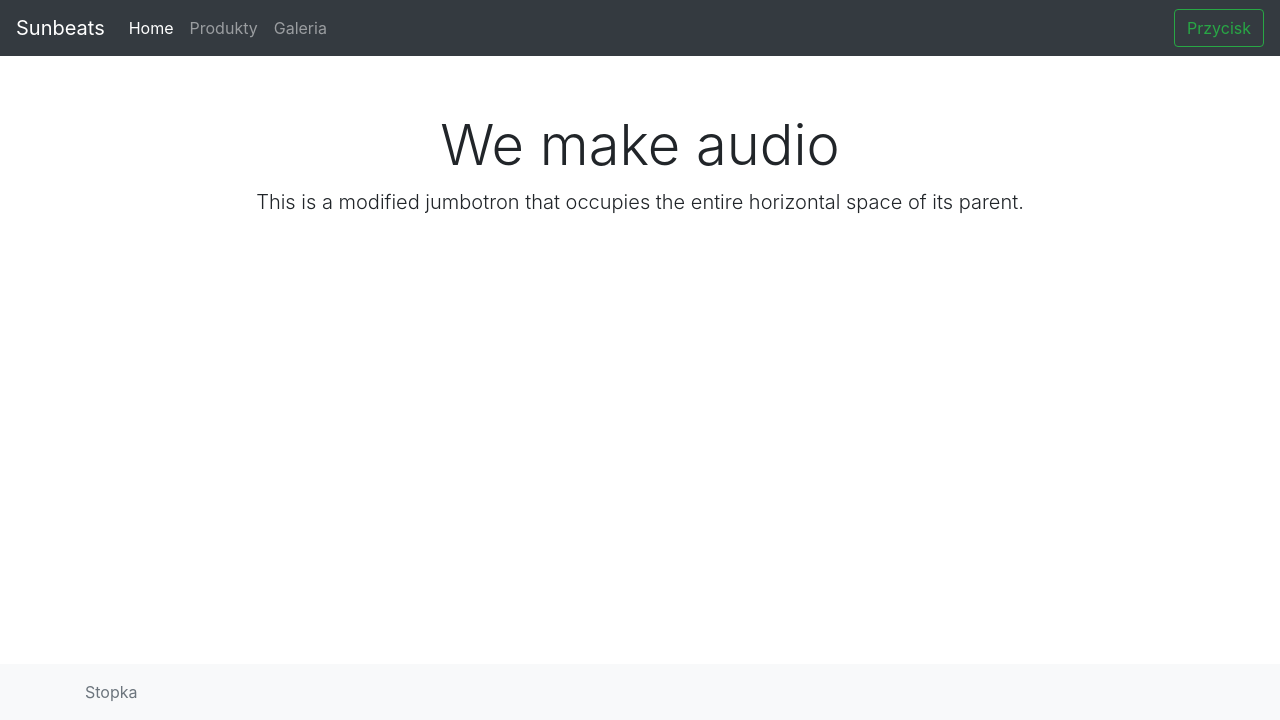
Repository: Audio-site/sunbeats
Page: index.html
An editor plug-in stored every save of this project. The page is shown before and after the next save, followed by the edit.
The browser window is 1280 px wide. The pictures show the whole page.

Above is the page before, as saved 2020-08-25 00:30:25.

After the next save:
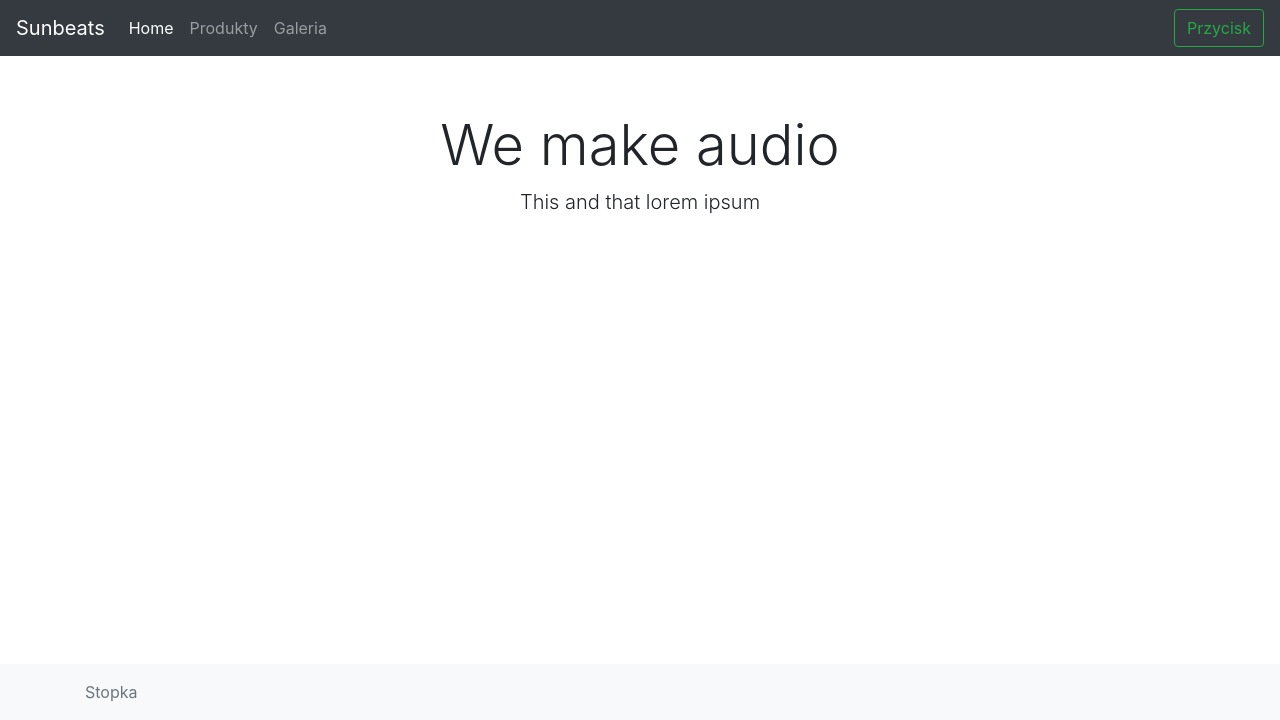
Saved 39 s later.
--- a/index.html
+++ b/index.html
@@ -44,7 +44,7 @@
 <div class="jumbotron jumbotron-fluid text-center my-5 bg-white">
   <div class="container">
     <h1 class="display-4">We make audio</h1>
-    <p class="lead">This is a modified jumbotron that occupies the entire horizontal space of its parent.</p>
+    <p class="lead">This and that lorem ipsum</p>
   </div>
 </div>
 </main>
